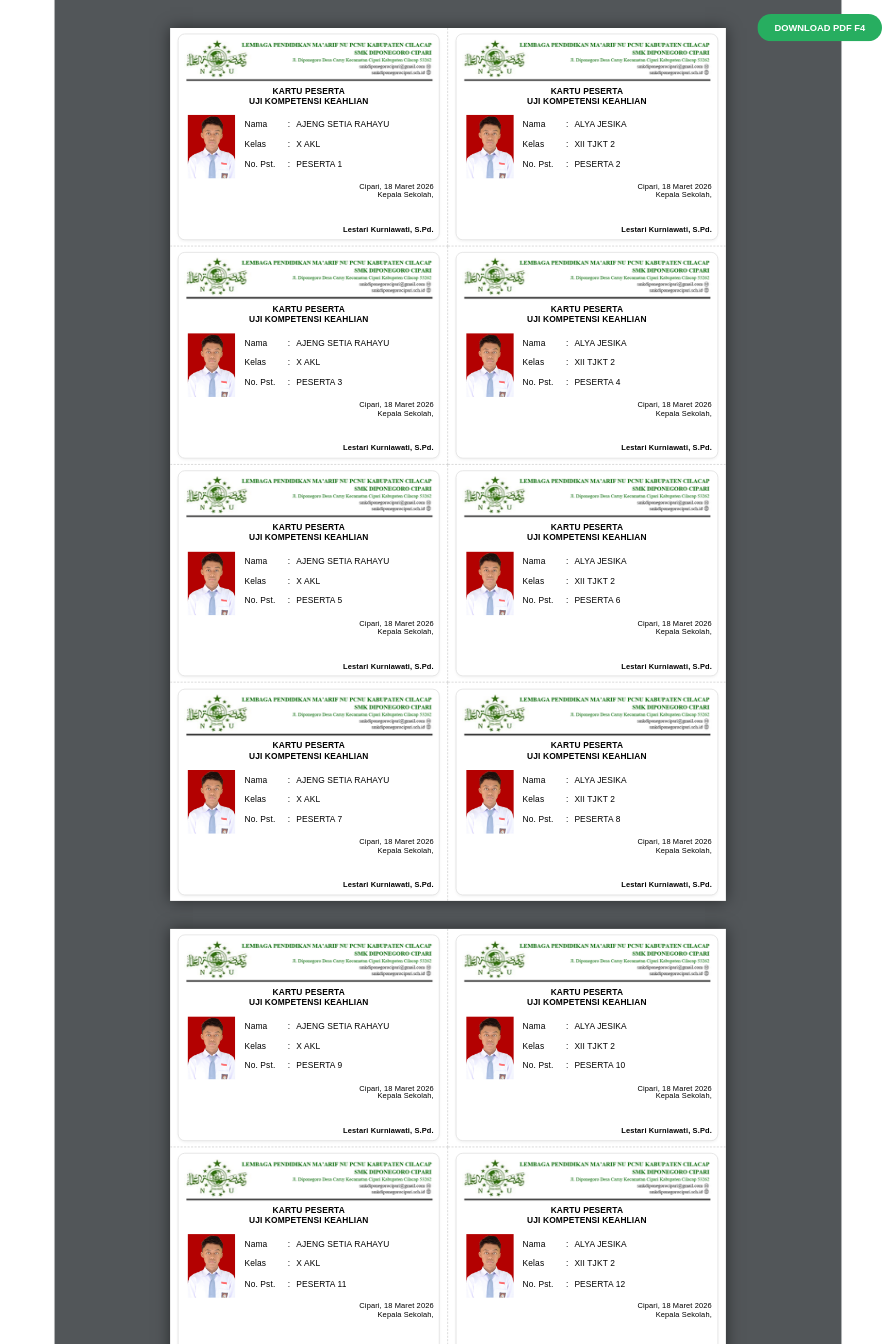
Repository: UsmanAzizz/generator-kartu-tes
Page: /
An editor plug-in stored every save of this project. The page is shown before and after the next save, followed by the edit.
The browser window is 1280 px wide. The pictures show the part of the page from y = 0 to 1920 px (the page is 2654 px tall), at 70% of full size.
The project was rebuilt for these pictures with package versions that can differ from the ones it lists, and the page was loaded fresh each time. Also part of the build but not shown: vite.config.js.

Above is the page before, as saved 2026-03-18 16:28:00.

After the next save:
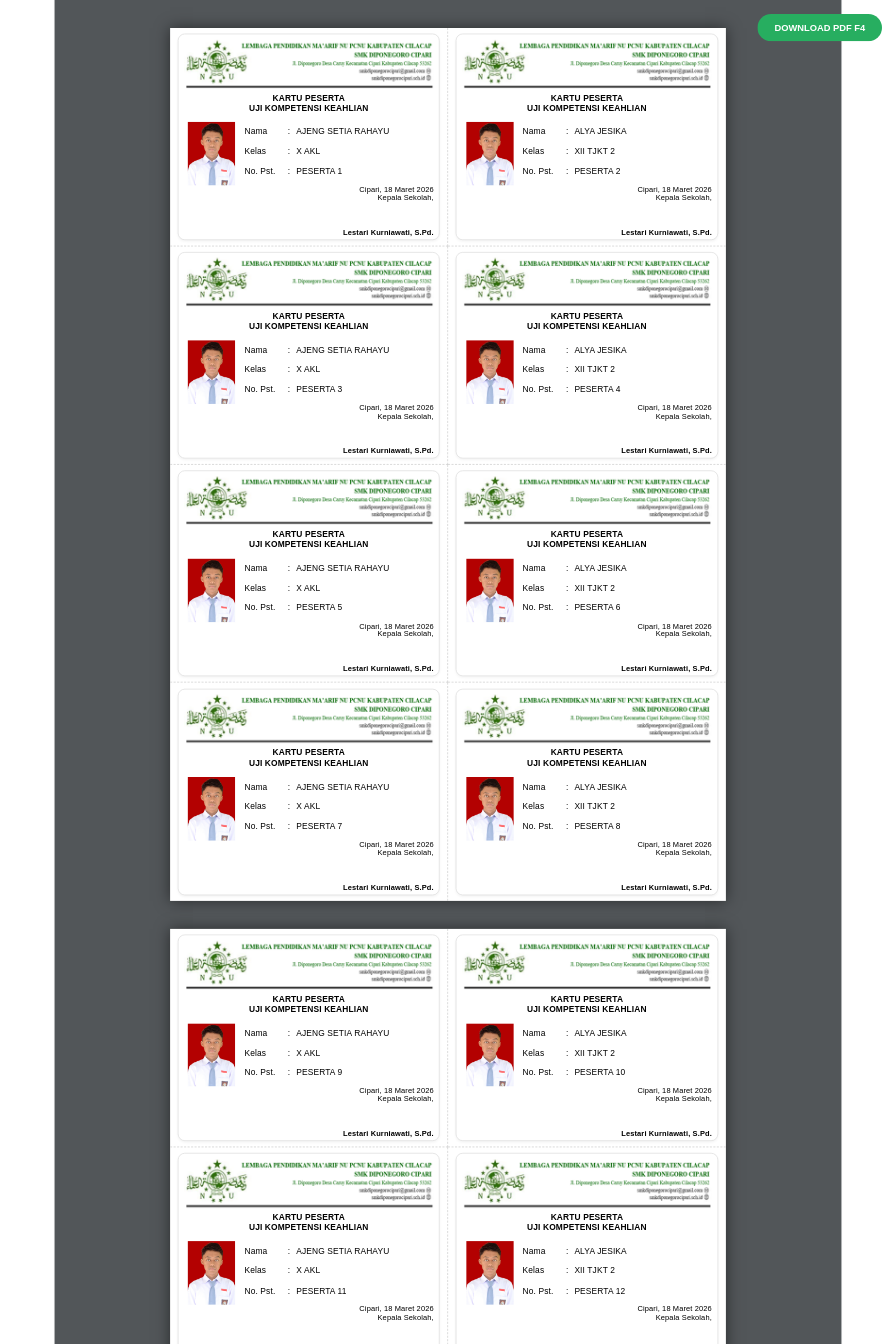
Saved 6 s later.
--- a/src/App.jsx
+++ b/src/App.jsx
@@ -81,7 +81,7 @@
       position: 'relative',
       boxShadow: '0 2px 4px rgba(0,0,0,0.05)',
     },
-    headerKop: { width: '100%',height: '60px', marginBottom: '6px' },
+    headerKop: { width: '100%',height: '70px', marginBottom: '6px' },
     titleSection: { textAlign: 'center', marginBottom: '8px' },
     titleText: { fontSize: '9pt', fontWeight: 'bold', margin: '0', lineHeight: '1.2',   color: '#000' },
     mainContent: { display: 'flex', gap: '12px', marginTop: '5px' },
